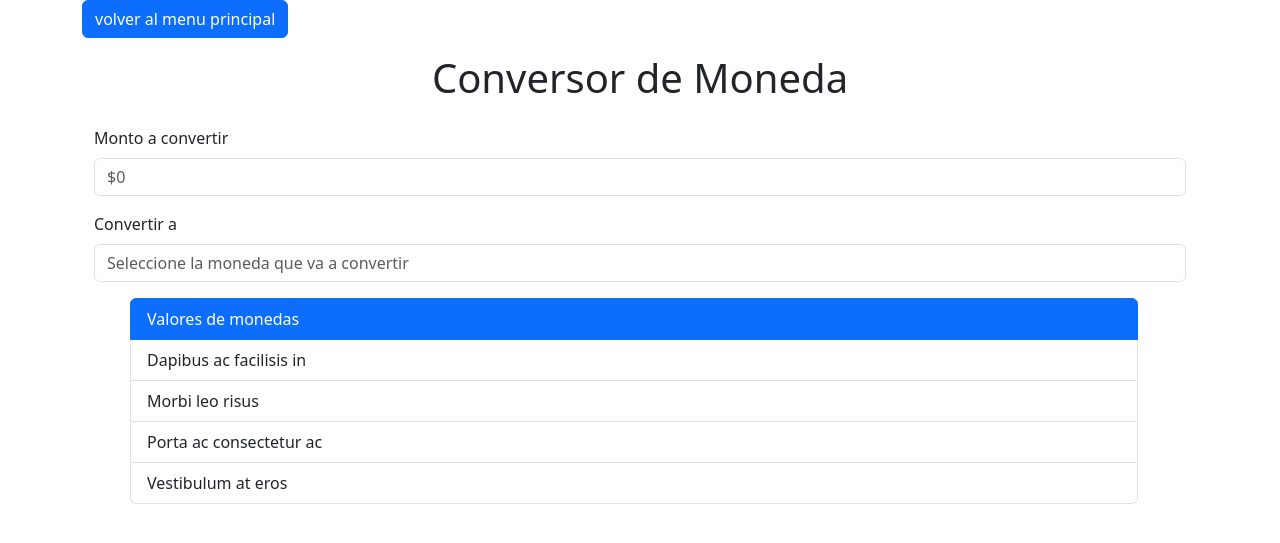
Repository: MaxiSoriano70/ALURA_Challenge_Oracle_ONE_Conversor
Page: http://localhost/conversores/WEB-INF/view/conversorDeMonedas.jsp
The author's editor kept a copy of each file at every save. The page is drawn from the files as they stood at one save, then again after the next save.
The browser window is 1280 px wide. The pictures show the whole page.
The page is served by Tomcat 10. Nobody is signed in. The template is opened directly, without the code that normally fills it, so the values that code supplies are empty.

Above is the page before, as saved 2023-05-13 06:49:33.

After the next save:
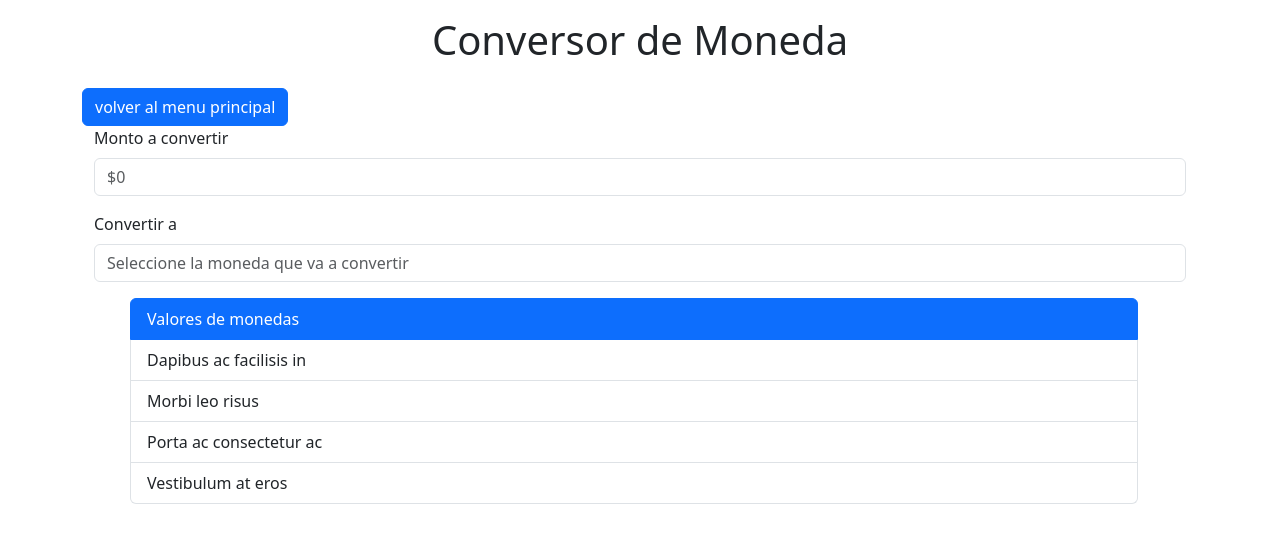
Saved 36 s later.
--- a/Conversor/conversores/src/main/webapp/WEB-INF/view/conversorDeMonedas.jsp
+++ b/Conversor/conversores/src/main/webapp/WEB-INF/view/conversorDeMonedas.jsp
@@ -12,10 +12,10 @@
 	crossorigin="anonymous">
 </head>
 <body class="container">
-	<a href="entrada?accion=Index" class="btn btn-primary">volver al menu principal</a>
 	<div class="title text-center py-3">
 		<h1>Conversor de Moneda</h1>
 	</div>
+	<a href="entrada?accion=Index" class="btn btn-primary">volver al menu principal</a>
 	<div class="container-md">
 		<div class="mb-3">
 			<label for="formMonto" class="form-label">Monto a convertir </label> <input type="number" class="form-control"
